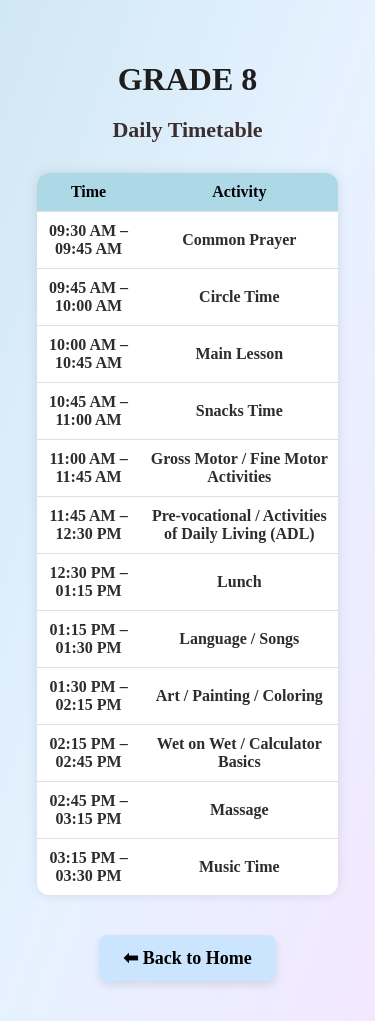
Repository: atchayasasikumar10/timetable-website
Page: http://localhost/
An editor plug-in stored every save of this project. The page is shown before and after the next save, followed by the edit.
The browser window is 375 px wide. The pictures show the whole page.
The page is served by the project's application, run on Flask 3 (main.py).

Above is the page before, as saved 2025-06-27 20:09:53.

### templates/index.html
<!DOCTYPE html>
<html lang="en">
<head>
    <meta charset="UTF-8">
    <title>Grade 8 Timetable</title>
    <style>
        body {
            margin: 0;
            padding: 40px 20px;
            font-family: 'Times New Roman', Times, serif;
            font-weight: bold;
            background: linear-gradient(to bottom right, #d0e8f2, #e6f2ff, #f3e8ff);
            color: #2d2d2d;
            text-align: center;
        }

        h1 {
            font-size: 48px;
            margin-bottom: 10px;
            color: #1e1e1e;
        }

        h2 {
            font-size: 28px;
            color: #3b2f2f;
            margin-bottom: 30px;
        }

        table {
            width: 90%;
            margin: 0 auto;
            border-collapse: collapse;
            background-color: white;
            box-shadow: 0 0 12px rgba(0, 0, 0, 0.1);
            border-radius: 12px;
            overflow: hidden;
        }

        th, td {
            padding: 16px 20px;
            border-bottom: 1px solid #e0e0e0;
            font-size: 18px;
        }

        th {
            background-color: #add8e6;
            color: #000;
            text-align: center;
        }

        td {
            text-align: center;
        }

        tr:last-child td {
            border-bottom: none;
        }

        /* Back button style */
        .back-button {
            margin-top: 40px;
        }

        .back-button a {
            text-decoration: none;
            background-color: #cce5ff;
            color: black;
            padding: 12px 24px;
            border-radius: 8px;
            font-size: 18px;
            display: inline-block;
            font-family: 'Times New Roman', Times, serif;
            font-weight: bold;
            box-shadow: 0 4px 8px rgba(0,0,0,0.1);
            transition: background-color 0.3s ease;
        }

        .back-button a:hover {
            background-color: #b3d7ff;
        }

        @media (max-width: 600px) {
            h1 {
                font-size: 32px;
            }

            h2 {
                font-size: 22px;
            }

            th, td {
                font-size: 16px;
                padding: 10px;
            }
        }
    </style>
</head>
<body>

    <h1>GRADE 8</h1>
    <h2>Daily Timetable</h2>

    <table>
        <tr>
            <th>Time</th>
            <th>Activity</th>
        </tr>
        <tr>
            <td>09:30 AM – 09:45 AM</td>
            <td>Common Prayer</td>
        </tr>
        <tr>
            <td>09:45 AM – 10:00 AM</td>
            <td>Circle Time</td>
        </tr>
        <tr>
            <td>10:00 AM – 10:45 AM</td>
            <td>Main Lesson</td>
        </tr>
        <tr>
            <td>10:45 AM – 11:00 AM</td>
            <td>Snacks Time</td>
        </tr>
        <tr>
            <td>11:00 AM – 11:45 AM</td>
            <td>Gross Motor / Fine Motor Activities</td>
        </tr>
        <tr>
            <td>11:45 AM – 12:30 PM</td>
            <td>Pre-vocational / Activities of Daily Living (ADL)</td>
        </tr>
        <tr>
            <td>12:30 PM – 01:15 PM</td>
            <td>Lunch</td>
        </tr>
        <tr>
            <td>01:15 PM – 01:30 PM</td>
            <td>Language / Songs</td>
        </tr>
        <tr>
            <td>01:30 PM – 02:15 PM</td>
            <td>Art / Painting / Coloring</td>
        </tr>
        <tr>
            <td>02:15 PM – 02:45 PM</td>
            <td>Wet on Wet / Calculator Basics</td>
        </tr>
        <tr>
            <td>02:45 PM – 03:15 PM</td>
            <td>Massage</td>
        </tr>
        <tr>
            <td>03:15 PM – 03:30 PM</td>
            <td>Music Time</td>
        </tr>
    </table>

    <!-- Back to Home button -->
    <div class="back-button">
        <a href="/">⬅ Back to Home</a>
    </div>

</body>
</html>

### main.py
from flask import Flask, render_template

app = Flask(__name__)

@app.route("/")
def home():
    return render_template("index.html")

@app.route("/pre")
def pre_home():
    return render_template("pre.html")  # ✅ Matches template filename

@app.route("/grade3")
def grade3_home():
    return render_template("grade3.html")  # ✅ Matches template filename

@app.route("/grade8")
def grade8_home():
    return render_template("grade8.html")  # ✅ Matches template filename

if __name__ == "__main__":
    app.run(host='0.0.0.0', debug=True)

After the next save:
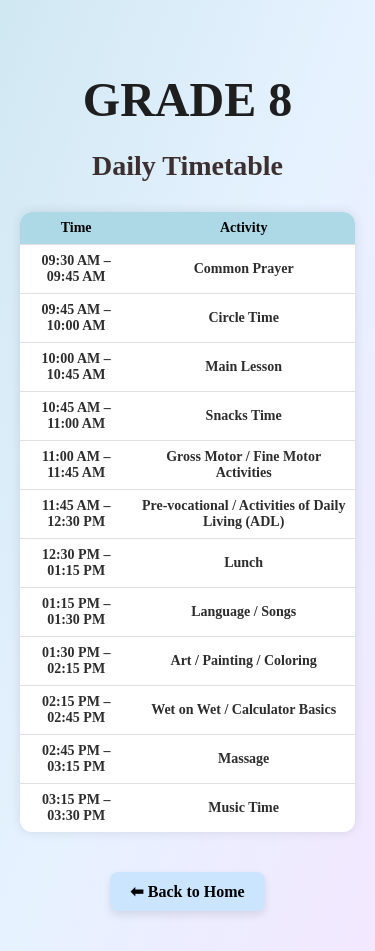
Saved 2 min 58 s later.
--- a/templates/index.html
+++ b/templates/index.html
@@ -40,16 +40,15 @@
             padding: 16px 20px;
             border-bottom: 1px solid #e0e0e0;
             font-size: 18px;
+            text-align: center;
+            vertical-align: middle;
+            word-wrap: break-word;
+            word-break: break-word;
         }
 
         th {
             background-color: #add8e6;
             color: #000;
-            text-align: center;
-        }
-
-        td {
-            text-align: center;
         }
 
         tr:last-child td {
@@ -79,18 +78,20 @@
             background-color: #b3d7ff;
         }
 
+        /* 🔽 Mobile-friendly styles */
         @media (max-width: 600px) {
-            h1 {
-                font-size: 32px;
-            }
-
-            h2 {
-                font-size: 22px;
+            table {
+                width: 100%;
             }
 
             th, td {
+                font-size: 14px;
+                padding: 8px;
+            }
+
+            .back-button a {
                 font-size: 16px;
-                padding: 10px;
+                padding: 10px 20px;
             }
         }
     </style>
